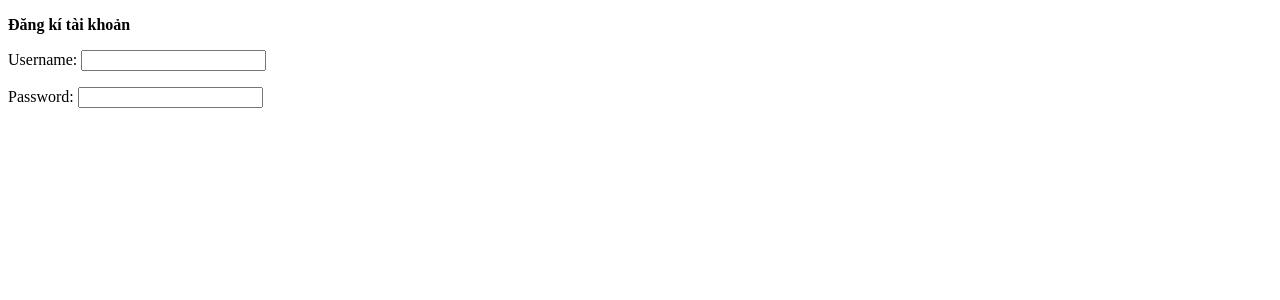
Repository: huyennvo/ptcudw
Page: lesson2/form.html
An editor plug-in stored every save of this project. The page is shown before and after the next save, followed by the edit.
The browser window is 1280 px wide. The pictures show the whole page.

Above is the page before, as saved 2022-08-08 09:22:35.

After the next save:
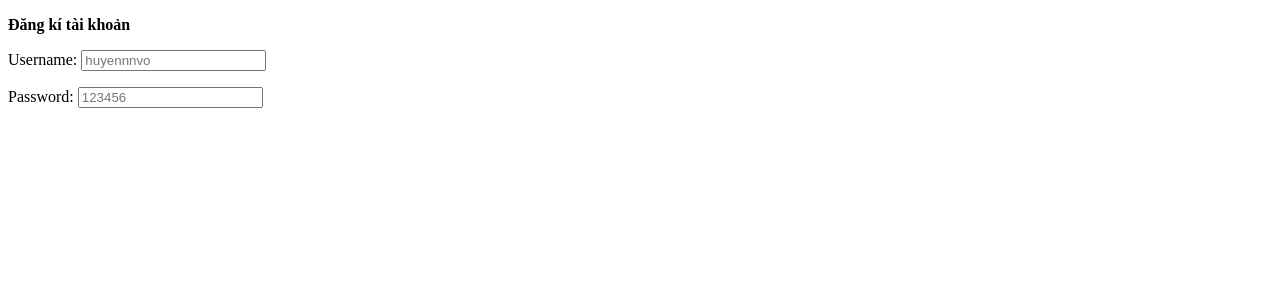
Saved 41 s later.
--- a/lesson2/form.html
+++ b/lesson2/form.html
@@ -9,10 +9,10 @@
 <body>
     <p> <b>Đăng kí tài khoản</b> </p>
     <p>
-        Username: <input type="text" name="username" value="">
+        Username: <input type="text" name="username" value="" placeholder="huyennnvo">
     </p>
     <p>
-        Password: <input type="password" name="password" value="">
+        Password: <input type="password" name="password" value="" placeholder="123456">
     </p>
 
 </body>
